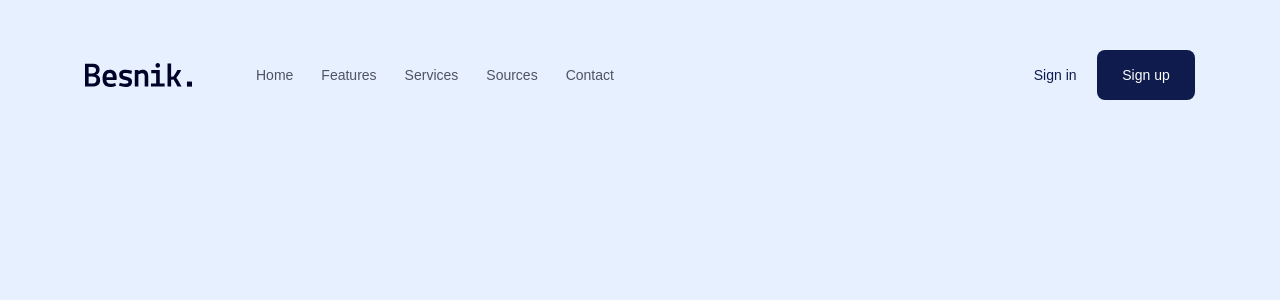
Repository: Daidoichihuy/project-01
Page: index.html
The author's editor kept a copy of each file at every save. The page is drawn from the files as they stood at one save, then again after the next save.
The browser window is 1280 px wide. The pictures show the whole page.

Above is the page before, as saved 2024-04-28 10:48:28.

### index.html
<!DOCTYPE html>
<html lang="en">
  <head>
    <meta charset="UTF-8" />
    <meta name="viewport" content="width=device-width, initial-scale=1.0" />
    <title>Project_01</title>
    <link rel="stylesheet" href="./assets/css/reset.css" />
    <link rel="stylesheet" href="./assets/fonts/stylefont.css" />
    <link rel="stylesheet" href="./assets/css/style.css" />
  </head>
  <body>
    <main>
      <header class="header">
        <div class="content">
          <nav class="navbar">
            <!-- LOGO -->
            <img src="./assets/imgs/Logo.svg" alt="Besnik." />
            <!-- NAVIGATION -->
            <ul>
              <li><a href="#!">Home</a></li>
              <li><a href="#!">Features</a></li>
              <li><a href="#!">Services</a></li>
              <li><a href="#!">Sources</a></li>
              <li><a href="#!">Contact</a></li>
            </ul>
            <!-- ACTIVE -->
            <div class="action">
              <a href="#!" class="action-link">Sign in</a>
              <a href="#!" class="btn action-btn">Sign up</a>
            </div>
          </nav>
        </div>
      </header>
    </main>
  </body>
</html>

### assets/fonts/stylefont.css
@font-face {
  font-family: "DVN-Poppins";
  src: url("poppins/DVNPoppins-Regular.woff2") format("woff2"),
    url("poppins/DVNPoppins-Regular.woff") format("woff");
  font-weight: normal;
  font-style: normal;
  font-display: swap;
}

@font-face {
  font-family: "DVN-Poppins ExtBd";
  src: url("poppins/DVNPoppins-ExtraBold.woff2") format("woff2"),
    url("poppins/DVNPoppins-ExtraBold.woff") format("woff");
  font-weight: bold;
  font-style: normal;
  font-display: swap;
}

### assets/css/style.css
* {
  box-sizing: border-box;
}

html {
  font-size: 62.5%;
}

body {
  font-size: 1.6rem;
  font-family: "poppins", sans-serif;
}

/* COMMON */
.content {
  width: 1110px;
  margin-left: auto;
  margin-right: auto;
}

a {
  text-decoration: none;
}

.btn {
  display: inline-block;
  min-width: 98px;
  padding: 18px 16px;
  border-radius: 8px;
  background: #0f1b4c;
  color: #fff;
  text-align: center;
  font-size: 1.4rem;
  font-weight: 500;
}

/* HEADER*/
.header {
  background: #e6f0ff;
  height: 100vh;
}

.navbar {
  display: flex;
  align-items: center;
  padding-top: 50px;
}

.navbar ul {
  display: flex;
  margin-left: 50px;
}

.navbar ul li a {
  font-weight: 500;
  font-size: 1.4rem;
  color: #4f5361;
  padding: 8px 14px;
}
.navbar .action {
  margin-left: auto;
}

.navbar .action-link {
  font-size: 1.4rem;
  font-weight: 500;
  color: #0f1b4c;
}

.navbar .action-link {
  padding: 13px 16px;
}

Loaded but not shown: assets/css/reset.css (common file)

After the next save:
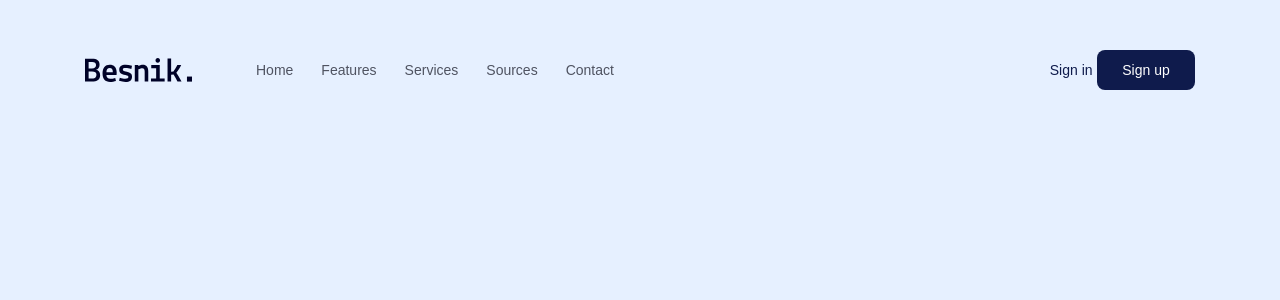
Saved 69 s later.
--- a/assets/css/style.css
+++ b/assets/css/style.css
@@ -67,6 +67,6 @@
   color: #0f1b4c;
 }
 
-.navbar .action-link {
+.navbar .action-btn {
   padding: 13px 16px;
 }
